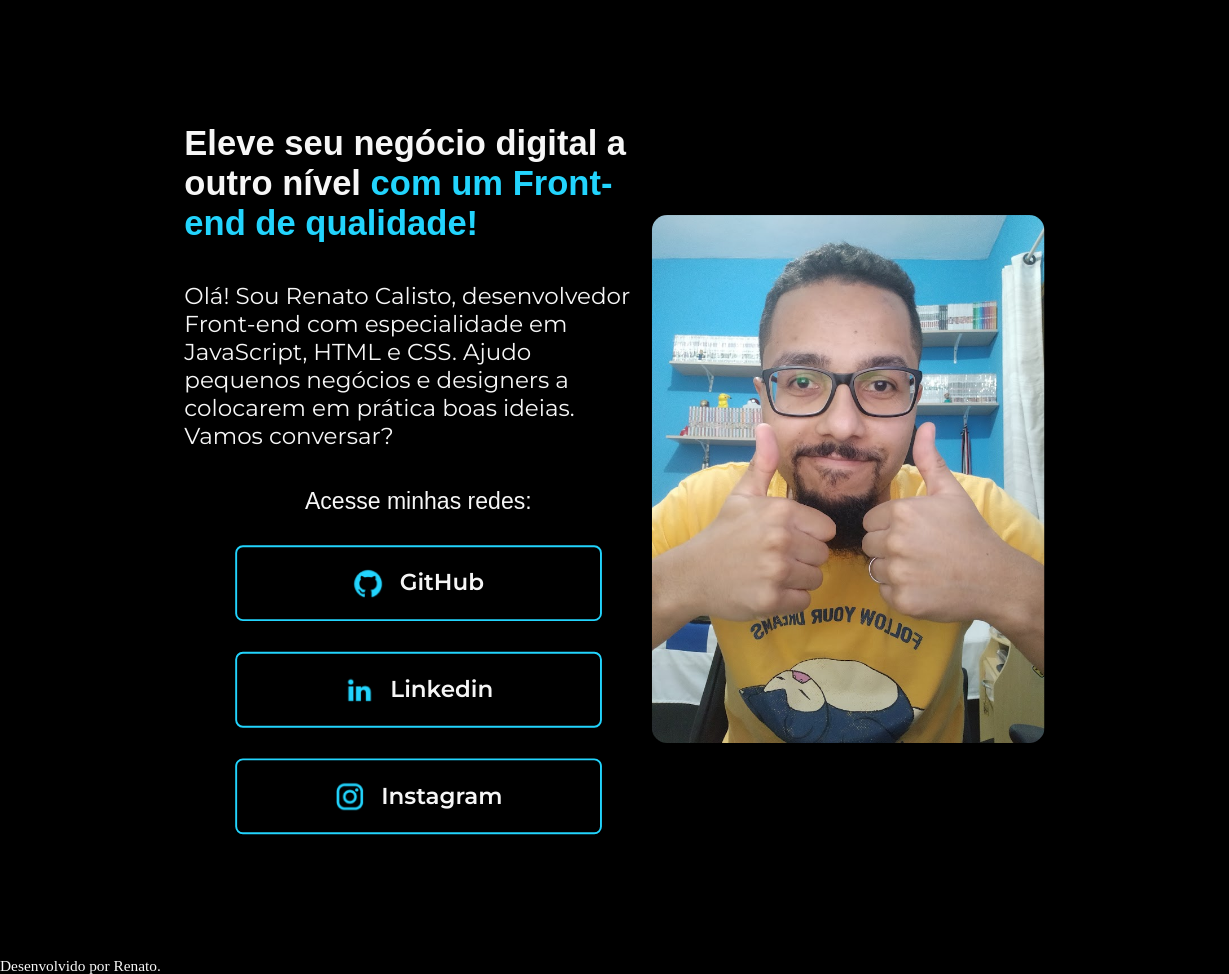
Repository: RenatoCCS/Portfolio_Alura
Page: index.html
These files come from the project's save history. The page is drawn as it stood at one moment and after the next save; the edit follows.
The browser window is 1280 px wide. The pictures show the whole page, at 96% of full size.
Some web fonts or font styles are not loaded; a fallback is used.

Above is the page before, as saved 2023-02-28 20:46:49.

After the next save:
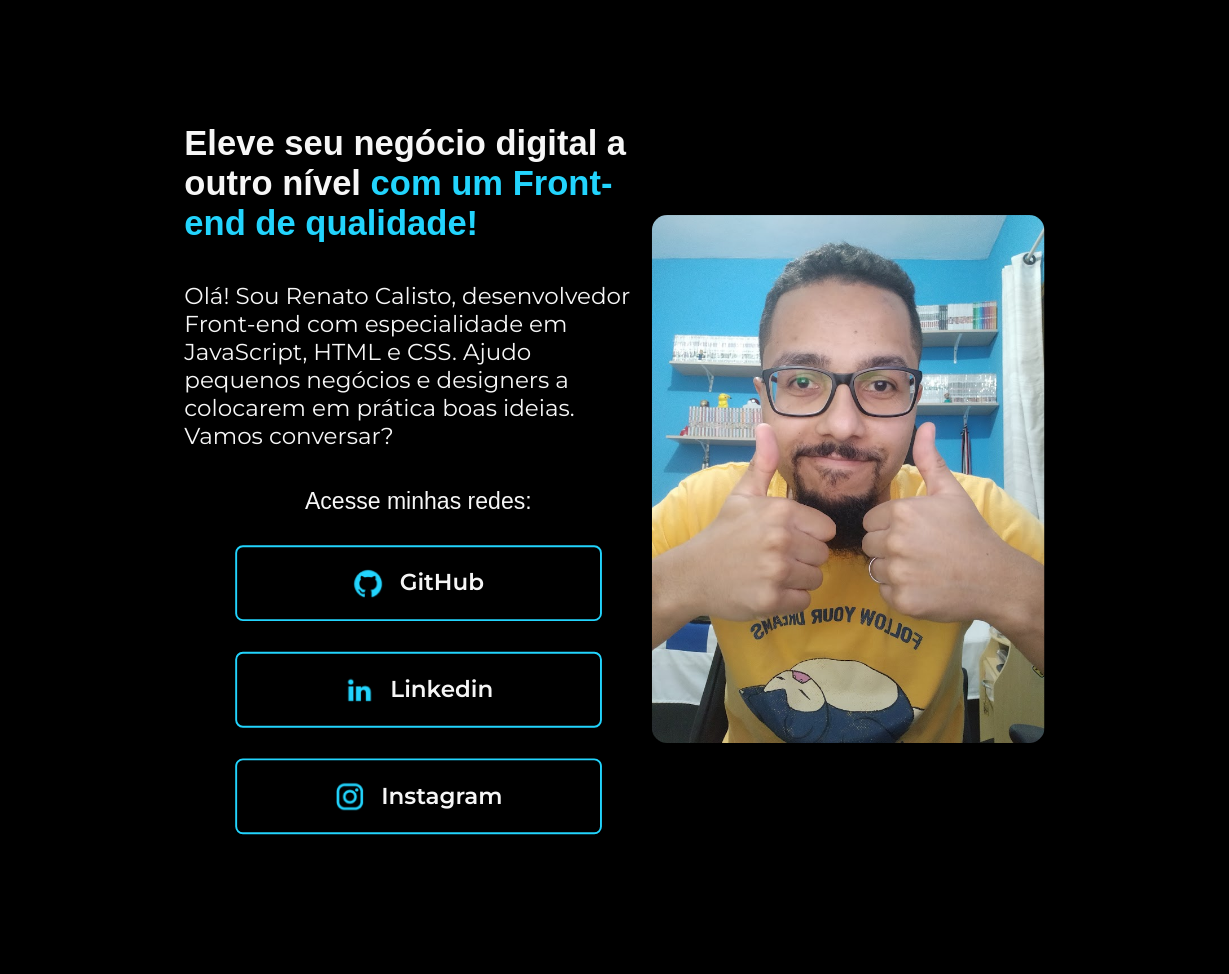
Saved 50 s later.
--- a/style.css
+++ b/style.css
@@ -85,4 +85,5 @@ body {
 }
 
 .rodape {
+  color: #000000;
 }
